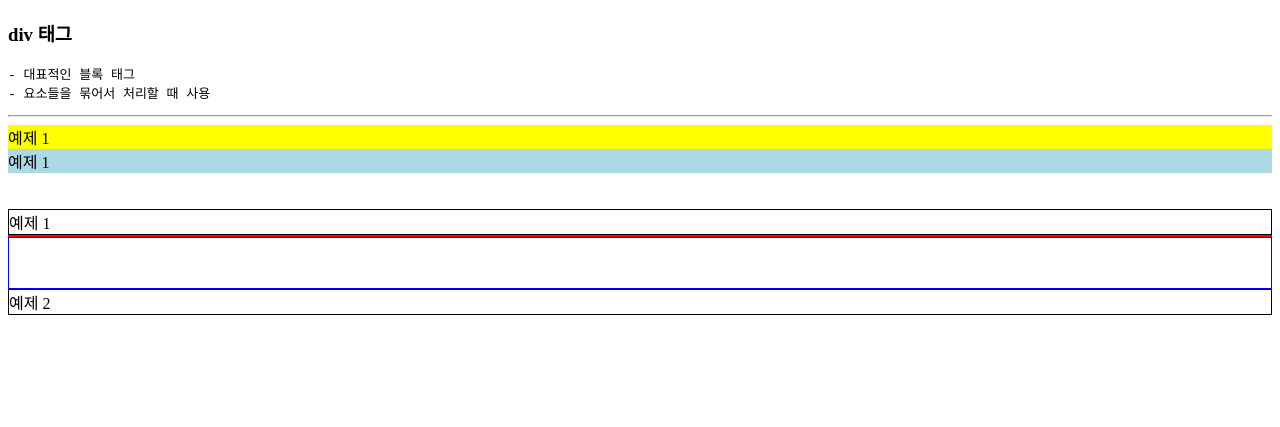
Repository: marudaga/html-css-lecture
Page: work/study/src/main/webapp/htmlEx/ch03/ex03.html
An editor plug-in stored every save of this project. The page is shown before and after the next save, followed by the edit.
The browser window is 1280 px wide. The pictures show the whole page.

Above is the page before, as saved 2022-09-06 07:06:35.

After the next save:
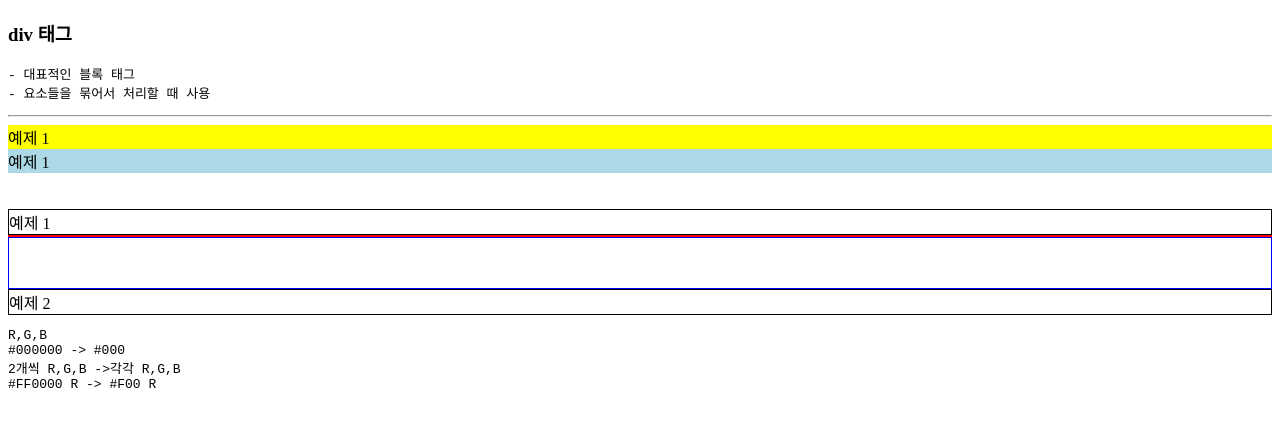
Saved 3 min 17 s later.
--- a/work/study/src/main/webapp/htmlEx/ch03/ex03.html
+++ b/work/study/src/main/webapp/htmlEx/ch03/ex03.html
@@ -25,5 +25,12 @@
 <div style="border: 1px solid #f00;"></div>
 <div style="border: 1px solid #00f; height: 50px;"></div>
 <div style="border: 1px solid #000;">예제 2</div>
+<pre>
+R,G,B
+#000000 -> #000
+2개씩 R,G,B ->각각 R,G,B
+#FF0000 R -> #F00 R
+
+</pre>
 </body>
 </html>
